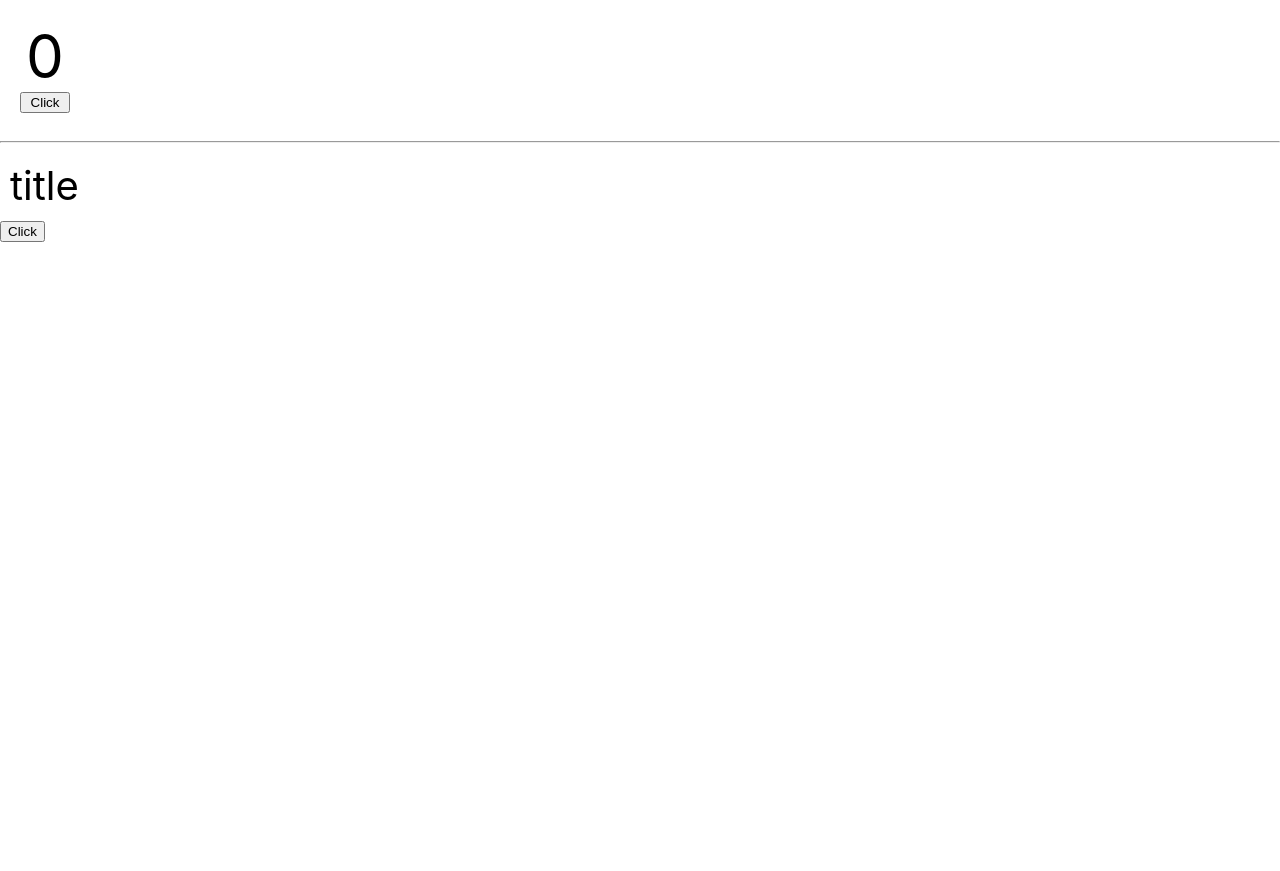
Repository: SyLe-Van/Webite_Subject
Page: / (app in Lab5/exercise0/)
The author's editor kept a copy of each file at every save. The page is drawn from the files as they stood at one save, then again after the next save.
The browser window is 1280 px wide. The pictures show the whole page.
The project was rebuilt for these pictures with package versions that can differ from the ones it lists, and the page was loaded fresh each time.

Above is the page before, as saved 2023-12-18 10:49:12.

### Lab5/exercise0/src/App.js
import Exercise0_1 from "./Exercise0.1/index.js";
import Exercise0_2 from "./Exercise0.2/index.js";

function App() {
  return (
    <div className="App">
      <Exercise0_1 />
      <hr />
      <Exercise0_2 />
    </div>
  );
}

export default App;

### Lab5/exercise0/src/Exercise0.1/index.js
// import Button from "react-bootstrap/Button";
import React, { useState } from "react";
import "./style.css";

const Exercise0_1 = () => {
  const [counter, setCounter] = useState(0);

  const increaseCounter = () => {
    setCounter(counter + 1);
  };

  return (
    <div class="react3">
      <div className="result">{counter}</div>
      <button onClick={increaseCounter} size="lg">
        Click
      </button>
    </div>
  );
};

export default Exercise0_1;

### Lab5/exercise0/src/Exercise0.2/index.js
import MyComponent from "./components/myComponent";
import { ThemeProvider } from "./ThemeContext";

const Exercise0_2 = () => {
  return (
    <ThemeProvider>
      <MyComponent />
    </ThemeProvider>
  );
};

export default Exercise0_2;

### Lab5/exercise0/src/Exercise0.1/style.css
.react3 {
    display: flex;
    justify-content: center;
    padding: 20px;
    flex-direction: column;
    width: 50px;

    .result {
        font-size: 60px;
        text-align: center;
    }
}

### Lab5/exercise0/src/Exercise0.2/components/myComponent/index.js
import React, { useContext } from "react";
import { ThemeContext } from "../../ThemeContext";
import "./style.css";

const MyComponent = () => {
  const context = useContext(ThemeContext);
  return (
    <div className="myComponent">
      <div className="title">title</div>
      <button onClick={context.toggleTheme}>Click</button>
    </div>
  );
};

export default MyComponent;

### Lab5/exercise0/src/Exercise0.2/ThemeContext.js
import React, { createContext, useEffect, useState } from "react";

const ThemeContext = createContext();

const ThemeProvider = (props) => {
  const { children } = props;
  const [theme, setTheme] = useState(false);

  const toggleTheme = () => {
    if (theme) document.documentElement.dataset.theme = "light";
    else document.documentElement.dataset.theme = "dark";
    setTheme((prev) => !prev);
  };

  useEffect(() => {
    document.documentElement.dataset.theme = "light";
  }, []);

  const value = { theme, toggleTheme };
  return (
    <ThemeContext.Provider value={value}>{children}</ThemeContext.Provider>
  );
};

export { ThemeContext, ThemeProvider };

### Lab5/exercise0/src/Exercise0.2/components/myComponent/style.css
.myComponent {
    height: 100vh;
    background-color: var(--bg-main);
}
.myComponent .title {

    padding: 10px;
    font-size: 40px;
    color: var(--txt1);
}

Loaded but not shown: Lab5/exercise0/public/index.html (common file); Lab5/exercise0/src/index.js (common file); Lab5/exercise0/src/index.css (common file); Lab5/exercise0/src/reportWebVitals.js (common file)

After the next save:
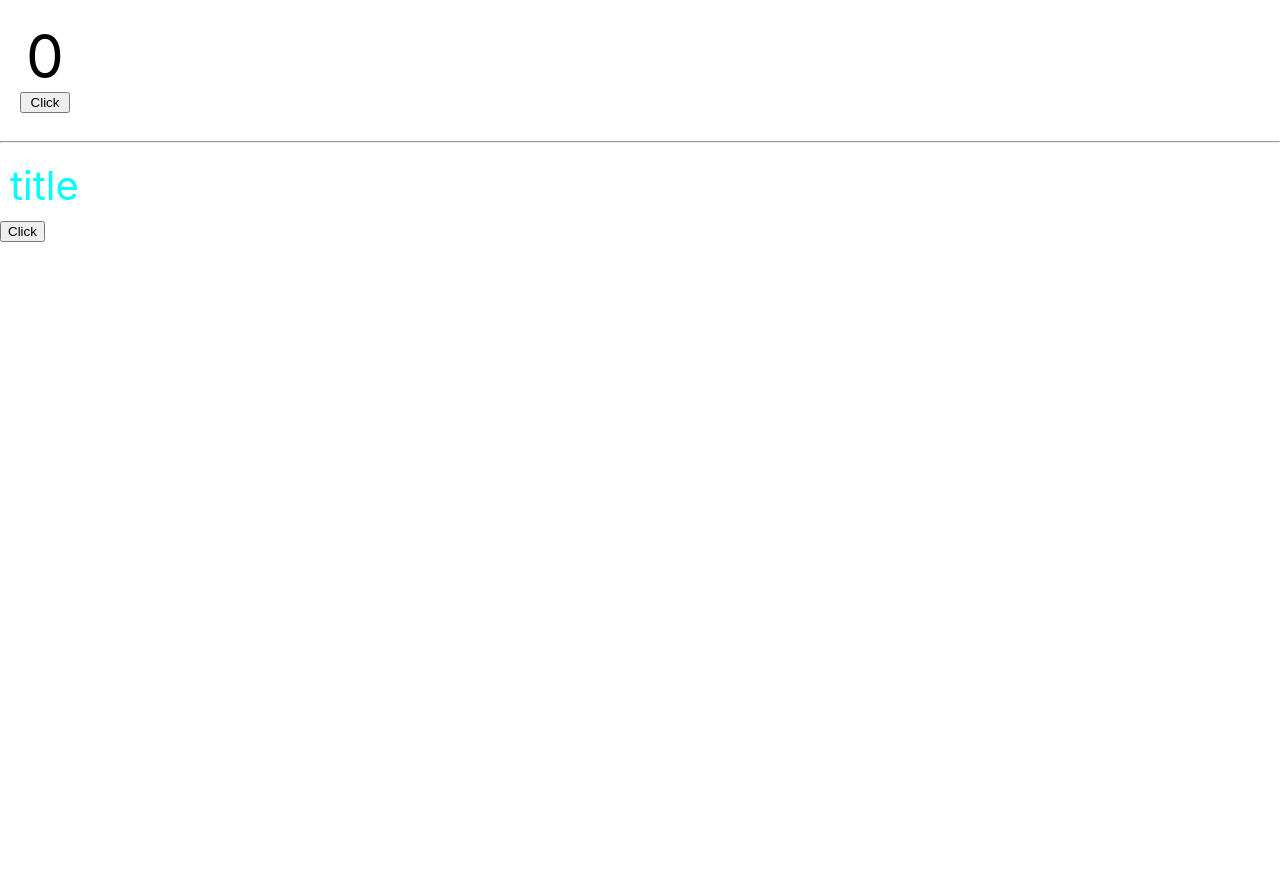
Saved 9 min 44 s later.
--- a/Lab5/exercise0/src/Exercise0.2/components/myComponent/style.css
+++ b/Lab5/exercise0/src/Exercise0.2/components/myComponent/style.css
@@ -6,5 +6,6 @@
 
     padding: 10px;
     font-size: 40px;
-    color: var(--txt1);
+    /* color: var(--txt1); */
+    color: aqua;
 }

After the save that followed:
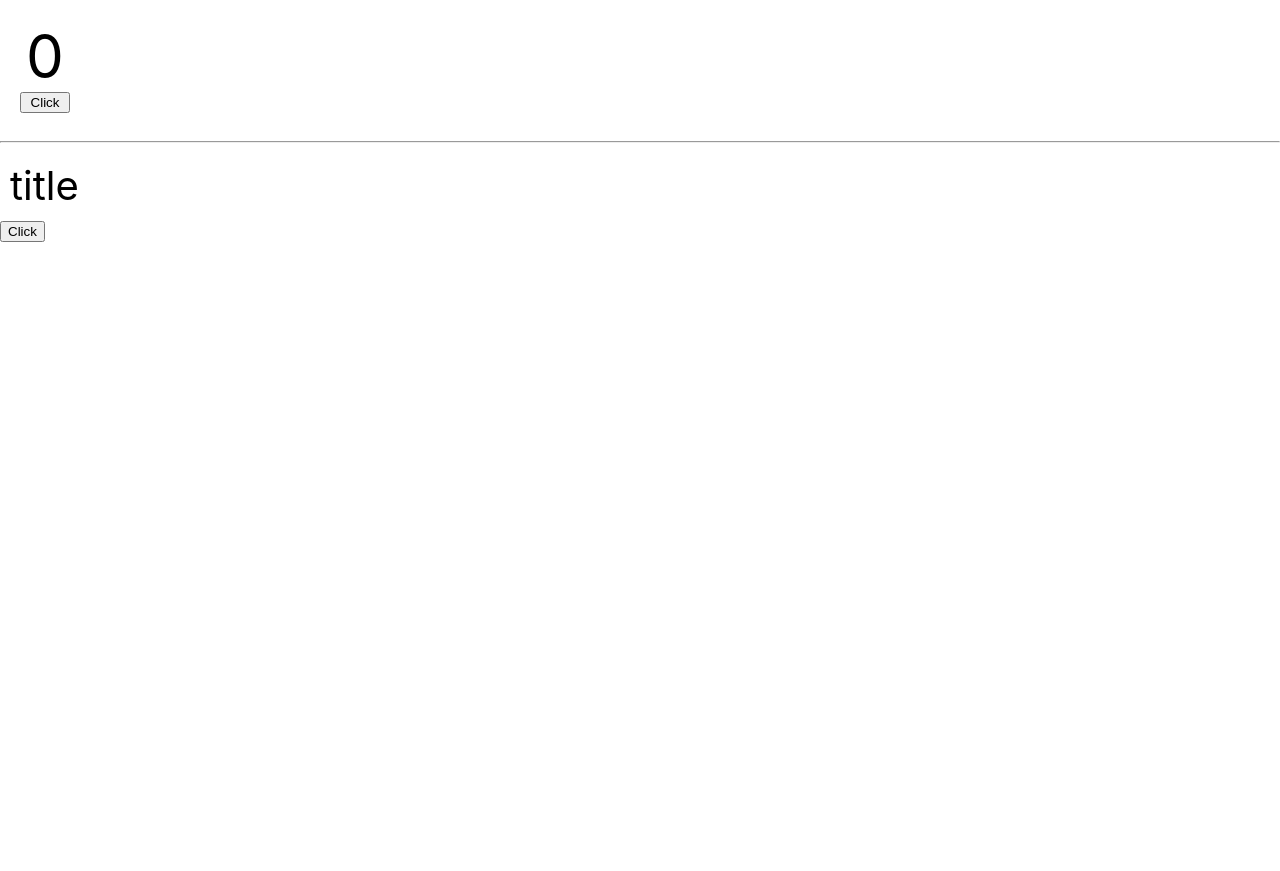
Saved 6 s later.
--- a/Lab5/exercise0/src/Exercise0.2/components/myComponent/style.css
+++ b/Lab5/exercise0/src/Exercise0.2/components/myComponent/style.css
@@ -6,6 +6,5 @@
 
     padding: 10px;
     font-size: 40px;
-    /* color: var(--txt1); */
-    color: aqua;
+    color: var(--txt1);
 }
